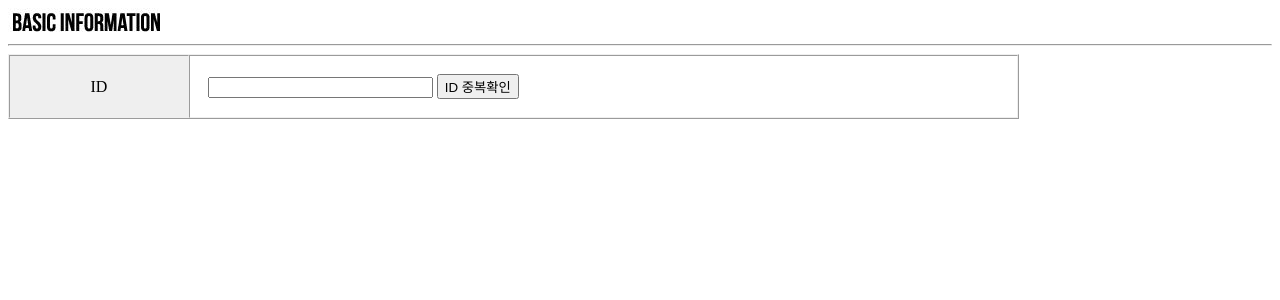
Repository: kminjoo/Making-website-using-JSP
Page: http://localhost/website_project/Register.jsp
The author's editor kept a copy of each file at every save. The page is drawn from the files as they stood at one save, then again after the next save.
The browser window is 1280 px wide. The pictures show the whole page.
The page is served by Tomcat 9. Other server files are loaded and not shown.

Above is the page before, as saved 2015-07-21 13:59:32.

### website_project/WebContent/Register.jsp
<%@ page language="java" contentType="text/html; charset=EUC-KR"
    pageEncoding="EUC-KR"%>
<!DOCTYPE html PUBLIC "-//W3C//DTD HTML 4.01 Transitional//EN" "http://www.w3.org/TR/html4/loose.dtd">
<html>
<head>
<meta http-equiv="Content-Type" content="text/html; charset=EUC-KR">
<title>Welcome to Minjoo's Website!</title>
<link href="style.css" rel="stylesheet" type="text/css">

<script language="JavaScript" src="script.js"></script>
</head>
<body>
<div><img src="<%=request.getContextPath() %>/images/basicInfo.JPG"/></div>
<hr>
<table border="1" cellpadding="18" cellspacing="1" width="80%">
<form name="regForm" method="post" action="RegisterProc.jsp">
	<tr>
		<td width="13%" align="center" bgcolor="#EFEFEF">ID</td>
		<td width="60%"><input type="text" name="mem_id" size="25">
		<input type="button" value="ID 중복확인" onClick="idCheck(this.form.mem_id.value)"></td>
	</tr>
</table>
</form>

</body>
</html>

### website_project/WebContent/style.css
@CHARSET "EUC-KR";

hr {
    display: block;
    margin-top: 0.5em;
    margin-bottom: 0.5em;
    margin-left: auto;
    margin-right: auto;
    border-style: inset;
    border-width: 1px;
}

table {
    display: table;
    border-collapse: collpase;
    border-spacing: 0px;
    border-color: #EFEFEF;
}

### website_project/WebContent/script.js
/**
 *
 */


function loginCheck(){
	if(document.login.mem_id.value==""){
		alert("Enter your ID.");
		document.login.mem_id.focus();
		return;
	}
	if(document.login.mem_passwd.value==""){
		alert("Enter your password.");
		document.login.mem_passwd.focus();
		return;
	}
	document.login.submit();

}

function memberReg(){
	location.href ="Register.jsp";
}
function idCheck(id){
	if(id == ""){
	alert("Enter your ID.");
	document.regForm.mem_id.focus();
	}else{
		url="IdCheck.jsp?mem_id=" + id;
		window.open(url,"post","width=300,height=150");
	}
}

function inputCheck(){
	if(document.regForm.mem_id.value==""){
		alert("Enter your ID.");
		document.regForm.mem_id.focus();
		return;
	}
	if(document.regForm.mem_password.value==""){
		alert("Enter your Password.");
		document.regForm.mem_password.focus();
		return;
	}
	if(document.regForm.mem_repasswd.value==""){
		alert("Enter your Password.");
		document.regForm.mem_repasswd.focus();
		return;
	}

	if(document.regForm.mem_password.value != document.regForm.mem_repasswd.value){
		alert("Passwords do not match.");
		document.regForm.mem_passwd.focus();
		return;
	}

	if(document.regForm.mem_firstname.value==""){
		alert("Enter your first name.");
		document.regForm.mem_firstname.focus();
		return;
	}
	if(document.regForm.mem_lastname.value==""){
		alert("Enter your last name.");
		document.regForm.mem_lastname.focus();
		return;
	}
	if(document.regForm.mem_email.value==""){
		alert("Enter your email address.");
		document.regForm.mem_email.focus();
		return;
	}
	if(document.regForm.mem_phone1.value==""){
		alert("Enter your phone number.");
		document.regForm.mem_phone1.focus();
		return;
	}
	if(document.regForm.mem_phone2.value==""){
		alert("Enter your phone number.");
		document.regForm.mem_phone2.focus();
		return;
	}
	if(document.regForm.mem_phone3.value==""){
		alert("Enter your phone number.");
		document.regForm.mem_phone3.focus();
		return;
	}

	var str = document.regForm.mem_email.value;
	var atPos = str.indexOf('@');
	var atLastPos = str.lastIndexOf('@');
	var dotPos = str.indexOf('.');
	var spacePos = str.indexOf(' ');
	var commaPos = str.indexOf(',');
	var emailSize = str.length;

	if(atPos>1 && atPos == atLastPos && dotPos > 3 && spacePos == -1 &&
			commaPos == -1 && atPos + 1 < dotPos && dotPos + 1 < emailSize );
	else{
		alert("This e-mail address is incorrectly formatted. \n\r Please try again.");
		document.regForm.mem_email.focus();
		return;
	}

	document.regForm.submit();
}

function inputCheck2(){
	if(document.regForm.mem_id.value==""){
		alert("Enter your ID.");
		document.regForm.mem_id.focus();
		return;
	}
	if(document.regForm.mem_password.value==""){
		alert("Enter your Password.");
		document.regForm.mem_password.focus();
		return;
	}

	if(document.regForm.mem_firstname.value==""){
		alert("Enter your first name.");
		document.regForm.mem_firstname.focus();
		return;
	}
	if(document.regForm.mem_lastname.value==""){
		alert("Enter your last name.");
		document.regForm.mem_lastname.focus();
		return;
	}
	if(document.regForm.mem_email.value==""){
		alert("Enter your email address.");
		document.regForm.mem_email.focus();
		return;
	}
	if(document.regForm.mem_phone1.value==""){
		alert("Enter your phone number.");
		document.regForm.mem_phone1.focus();
		return;
	}
	if(document.regForm.mem_phone2.value==""){
		alert("Enter your phone number.");
		document.regForm.mem_phone2.focus();
		return;
	}
	if(document.regForm.mem_phone3.value==""){
		alert("Enter your phone number.");
		document.regForm.mem_phone3.focus();
		return;
	}

	var str = document.regForm.mem_email.value;
	var atPos = str.indexOf('@');
	var atLastPos = str.lastIndexOf('@');
	var dotPos = str.indexOf('.');
	var spacePos = str.indexOf(' ');
	var commaPos = str.indexOf(',');
	var emailSize = str.length;

	if(atPos>1 && atPos == atLastPos && dotPos > 3 && spacePos == -1 &&
			commaPos == -1 && atPos + 1 < dotPos && dotPos + 1 < emailSize );
	else{
		alert("This e-mail address is incorrectly formatted. \n\r Please try again.");
		document.regForm.mem_email.focus();
		return;
	}

	document.regForm.submit();
}

function win_close()
{
	self.close();
}

function searchInputCheck(sform){
	if(sform.search.value==""){
	alert("Enter what you want to search");
	sform.search.focus();
	return false;
}
	sform.submit();
}

After the next save:
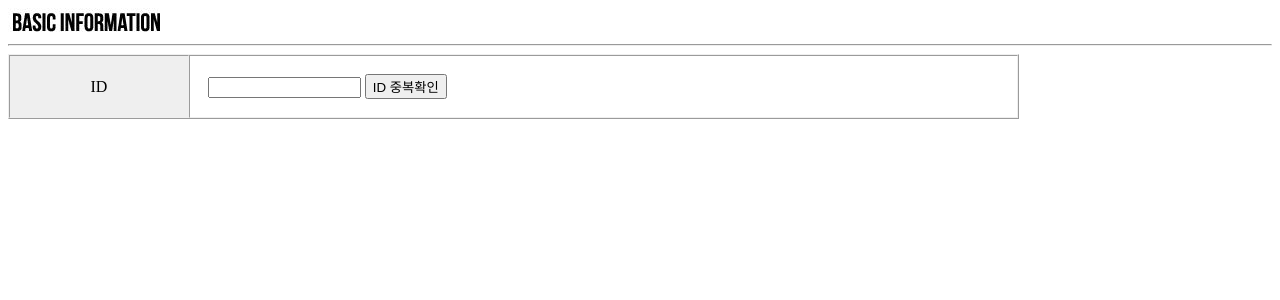
Saved 14 s later.
--- a/website_project/WebContent/Register.jsp
+++ b/website_project/WebContent/Register.jsp
@@ -16,7 +16,7 @@
 <form name="regForm" method="post" action="RegisterProc.jsp">
 	<tr>
 		<td width="13%" align="center" bgcolor="#EFEFEF">ID</td>
-		<td width="60%"><input type="text" name="mem_id" size="25">
+		<td width="60%"><input type="text" name="mem_id" size="16">
 		<input type="button" value="ID 중복확인" onClick="idCheck(this.form.mem_id.value)"></td>
 	</tr>
 </table>
